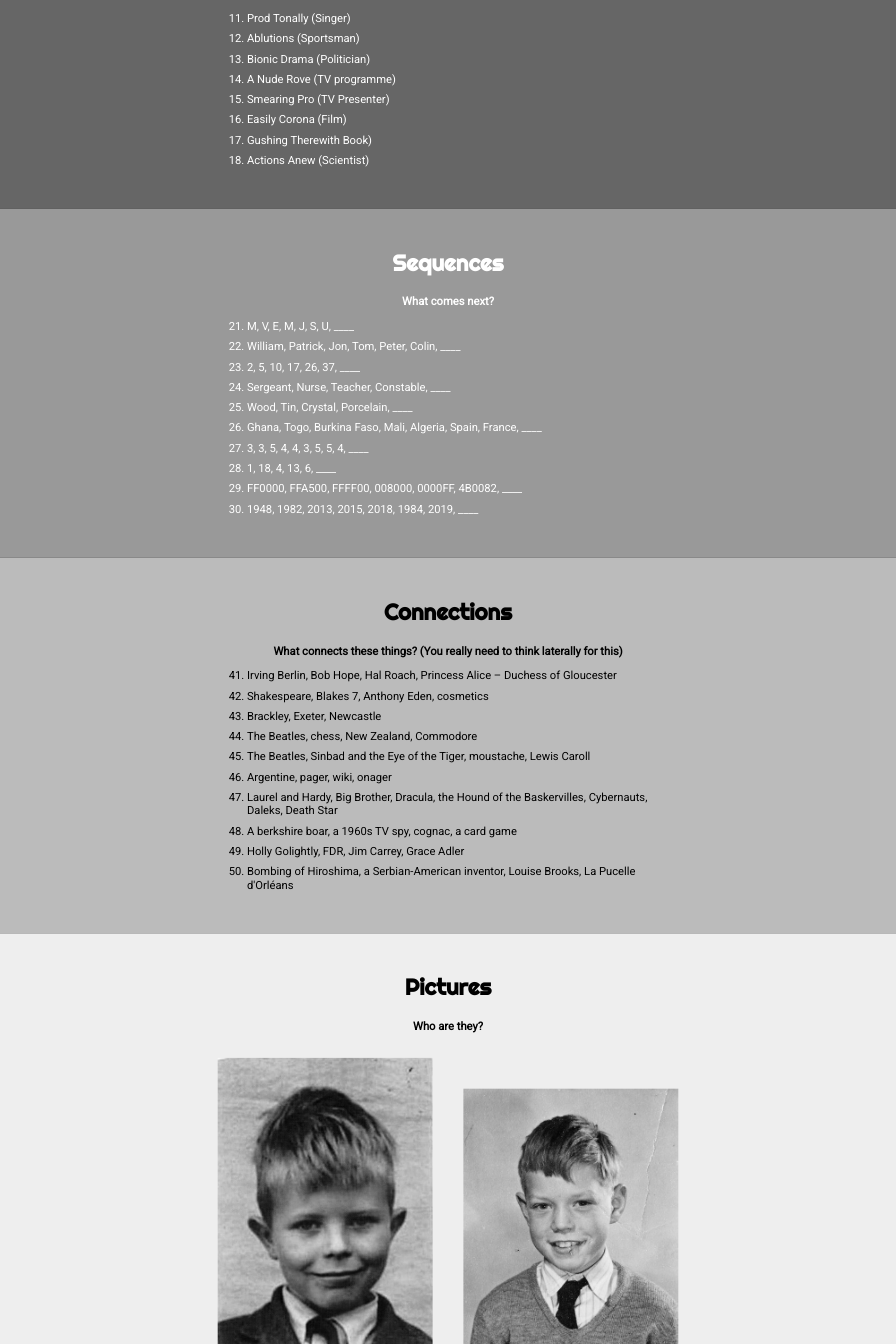
Repository: Domehead123/quiz
Page: index.html
The author's editor kept a record of every edit. The page is drawn from the files as they stood at one moment, then again after the next edit.
The browser window is 1280 px wide. The pictures show the part of the page from y = 936 to 2856 px (the page is 4604 px tall before and 4633 px after), at 70% of full size.

Above is the page before.

### index.html
<!DOCTYPE html>
<html lang="en">
<head>
    <meta charset="UTF-8">
    <meta name="viewport" content="width=device-width, initial-scale=1.0">
    <meta http-equiv="X-UA-Compatible" content="ie=edge">
    <link href="https://fonts.googleapis.com/css2?family=Righteous&family=Roboto&display=swap" rel="stylesheet">
    <link rel="stylesheet" href="style.css" type="text/css" />
    <title>Quiz</title>
</head>
<body>

<div class="container">
    <h1>Quiz</h1>
    <p>Fifty questions. You can google the answers if you want, but you may have to do a bit more detective work.</p>
    <p>The answers will appear here at 7pm on Sunday 10 May.</p>
    </div>

    <div class="section one">
        <div class="container">
        <h2>Number Abbreviations</h2>


        <p>e.g 7 D in a W = 7 Days in a Week</p>
        <ol>
        <li>12 S of the Z</li>
<li>1000 Y in a M</li>
<li>13 in a B D</li>
<li>S W of H the E</li>
<li>86,400 S in a D</li>
<li>21 D on a 6-S D</li>
<li>An O has 3 H and up to 9 B</li>
<li>H normally have 23 P of C</li>
<li>12 A have W on the M</li>
<li>42 was the A to L, the U and E</li>
</ol>
        </div>
    </div>

        <div class="section two">
        <div class="container">
        <h2>Anagrams</h2>



        <ol start="11">
        <li>Prod Tonally (Singer)</li>
<li>Ablutions (Sportsman)</li>
<li>Bionic Drama (Politician)</li>
<li>A Nude Rove (TV programme)</li>
<li>Smearing Pro (TV Presenter)</li>
<li>Easily Corona (Film)</li>
<li>Gushing Therewith Book)</li>
<li>Actions Anew (Scientist)</li>

</ol>
        </div>
    </div>


        <div class="section three">
        <div class="container">
              <h2>Sequences</h2>
   <p>What comes next?</p>
        <ol start="21">
        <li>M, V, E, M, J, S, U, ____</li>
 <li>William, Patrick, Jon, Tom, Peter, Colin, ____</li>
 <li>2, 5, 10, 17, 26, 37, ____</li>
 <li>Sergeant, Nurse, Teacher, Constable, ____</li>
 <li>Wood, Tin, Crystal, Porcelain, ____</li>
 <li>Ghana, Togo, Burkina Faso, Mali, Algeria, Spain, France, ____</li>
 <li>3, 3, 5, 4, 4, 3, 5, 5, 4, ____</li>
 <li>1, 18, 4, 13, 6, ____</li>
 <li>FF0000, FFA500, FFFF00, 008000, 0000FF, 4B0082, ____</li>
 <li>1948, 1982, 2013, 2015, 2018, 1984, 2019, ____</li>

</ol>
        </div>
    </div>


        <div class="section four">
        <div class="container">
        <h2>Connections</h2>


        <p>What connects these things? (You really need to think laterally for this)</p>
        <ol start="41">
        <li>Irving Berlin, Bob Hope, Hal Roach, Princess Alice – Duchess of Gloucester</li>
<li>Shakespeare, Blakes 7, Anthony Eden, cosmetics</li>
<li>Brackley, Exeter, Newcastle</li>
<li>The Beatles, chess, New Zealand, Commodore</li>
<li>The Beatles, Sinbad and the Eye of the Tiger, moustache, Lewis Caroll</li>
<li>Argentine, pager, wiki, onager</li>
<li>Laurel and Hardy, Big Brother, Dracula, the Hound of the Baskervilles, Cybernauts, Daleks, Death Star</li>
<li>A berkshire boar, a 1960s TV spy, cognac, a card game</li>
<li>Holly Golightly, FDR, Jim Carrey, Grace Adler</li>
<li>Bombing of Hiroshima, a Serbian-American inventor, Louise Brooks, La Pucelle d'Orléans</li>
</ol>
        </div>
    </div>

        <div class="section five">
        <div class="container">
        <h2>Pictures</h2>


        <p>Who are they?</p>

<div class="image">
    <img src="images/1.jpg">
    <p>41</p>
</div>
<div class="image">
    <img src="images/2.jpg">
    <p>42</p>
</div>
<div class="image">
    <img src="images/3.jpg">
    <p>43</p>
</div>
<div class="image">
    <img src="images/8.jpg">
    <p>44</p>
</div>
<div class="image">
    <img src="images/5.jpg">
    <p>45</p>
</div>
<div class="image">
    <img src="images/6.jpg">
    <p>46</p>
</div>
<div class="image">
    <img src="images/7.jpg">
    <p>47</p>
</div>
<div class="image">
    <img src="images/4.jpg">
    <p>48</p>
</div>
<div class="image">
    <img src="images/9.jpg">
    <p>49</p>
</div>
<div class="image">
    <img src="images/10.jpg">
    <p>50</p>
</div>
        </div>
    </div>


</body>
</html>

### style.css
body {
font-family: 'Roboto', sans-serif;
background: #000;
color: #fff;
margin: 0;
text-align: center;
}

.container {
    width: 80%;
    margin: 0 auto;
}

p {
    font-weight: bold;
}

h1 {
font-family: 'Righteous', cursive;
font-size: 5em;
}

h2 {
font-family: 'Righteous', cursive;
font-size: 2em;
}


.section {
    padding: 30px 0 50px 0;
}

.one {
    background: #333;
    margin-top: 70px;
}

.two {
    background: #666;
}

.three {
    background: #999;
}

.four {
    background: #BBB;
    color: #000;
}

.five {
    background: #eee;
    color: #000;
}


ol {
    width: 60%;
    text-align: left;
    margin: 0 auto;
}

li  {
margin: 10px 0 ;
}

.image {
    width: 30%;
    display: inline-block;
    margin: 20px;
}

.image img {
    max-width: 100%;
}

@media only screen and (max-width: 764px) {

 .container {
     width: 90%;
 }

 .image {
     width: 100%;
     margin: 10px 0;
 }
}

After the next edit:
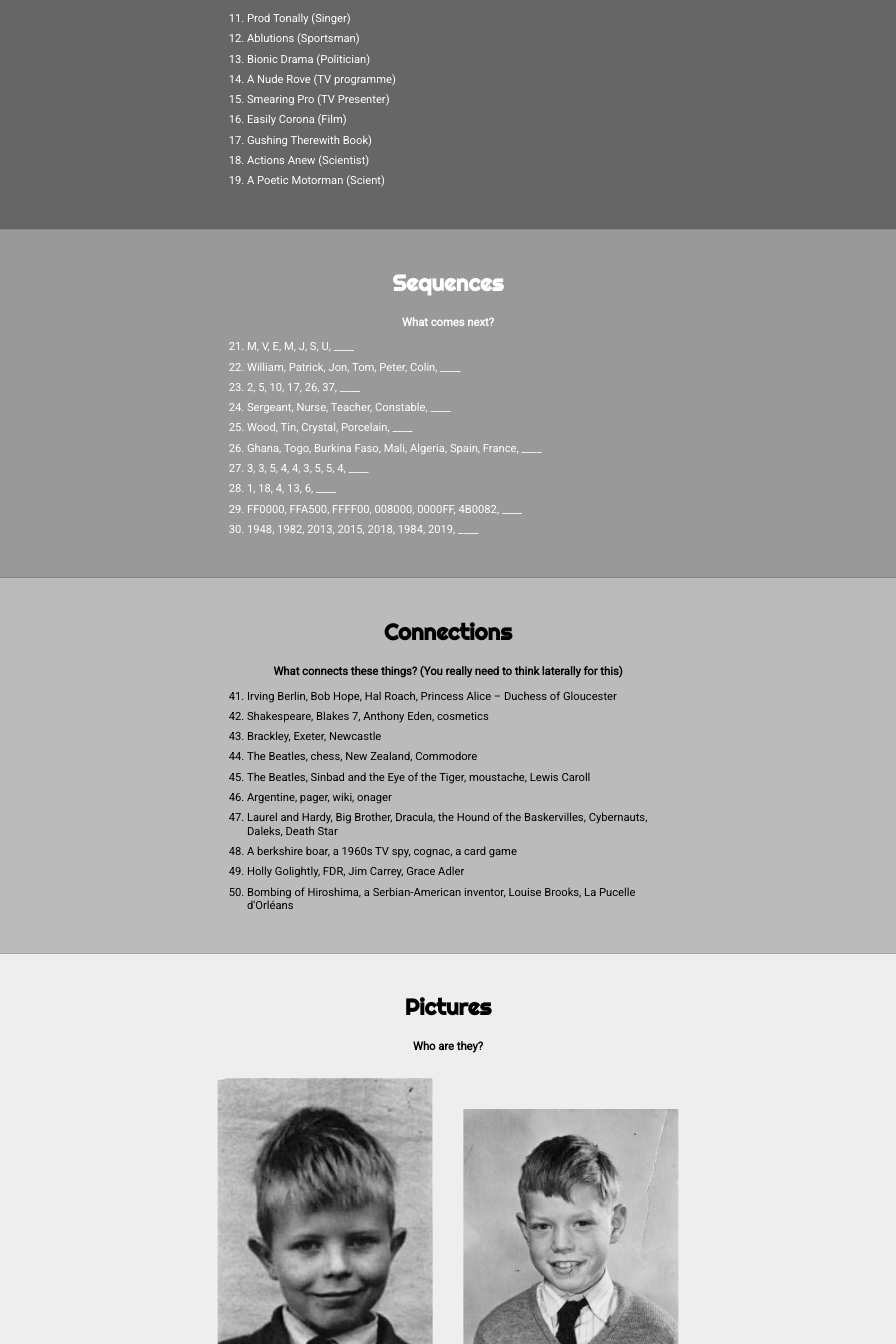
The edit:
--- a/index.html
+++ b/index.html
@@ -52,6 +52,7 @@
 <li>Easily Corona (Film)</li>
 <li>Gushing Therewith Book)</li>
 <li>Actions Anew (Scientist)</li>
+<li>A Poetic Motorman (Scient)</li>
 
 </ol>
         </div>
